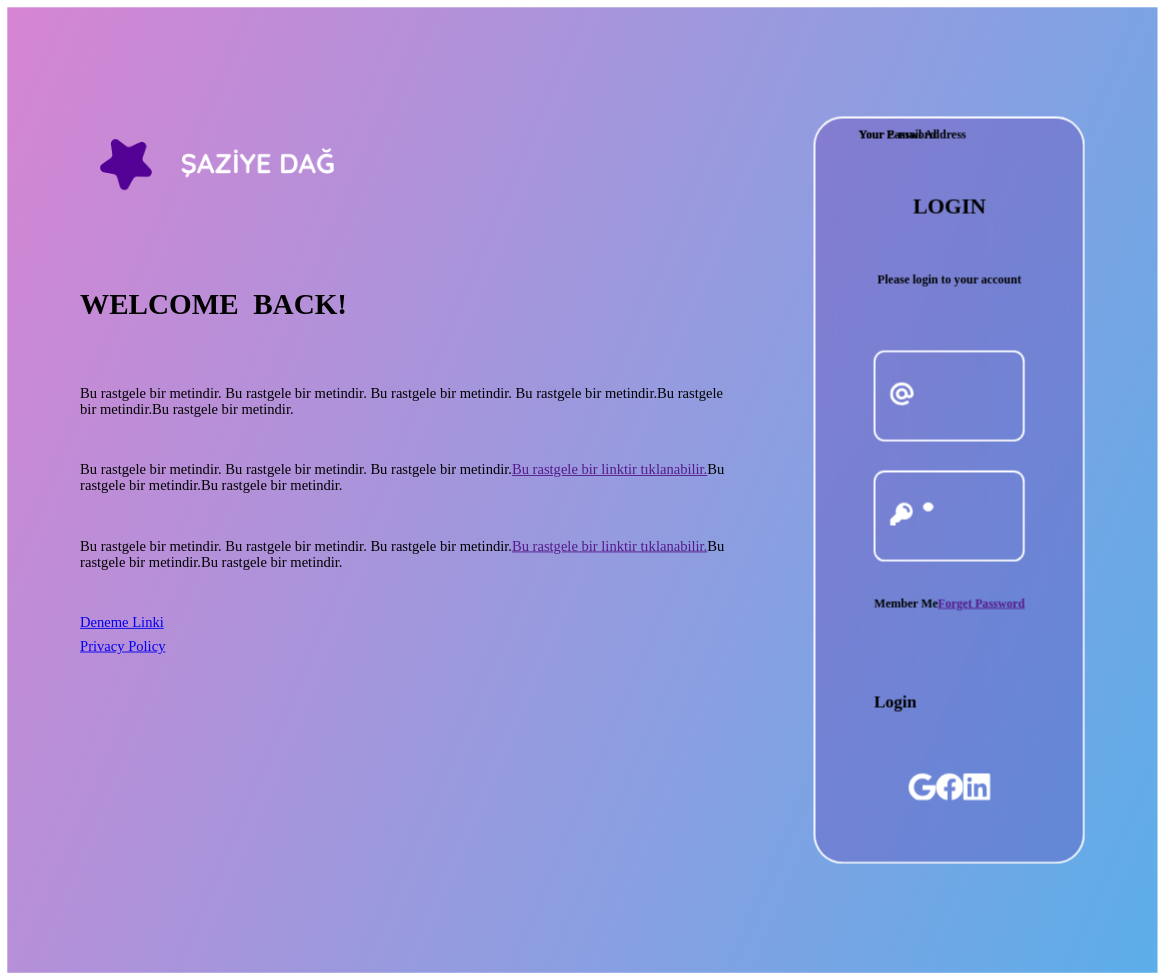
Repository: szydag/login
Page: /
The author's editor kept a copy of each file at every save. The page is drawn from the files as they stood at one save, then again after the next save.
The browser window is 1280 px wide. The pictures show the whole page, at 91% of full size.
The project was rebuilt for these pictures with package versions that can differ from the ones it lists, and the page was loaded fresh each time. Also part of the build but not shown: src/assets/svgr/unhiddenIcon/index.js.

Above is the page before, as saved 2023-10-22 20:02:51.

### src/index.js
import React from 'react';
import ReactDOM from 'react-dom/client';
import App from './app/index';
import {
    BrowserRouter
} from "react-router-dom";

const root = ReactDOM.createRoot(document.getElementById('root'));
root.render(
    <BrowserRouter>
        <App />
    </BrowserRouter>
);

### src/app/index.js
import LoginPage from "./pages/login";
import useStyles from "./style";

const App = () => {
    useStyles();
    return <div>
        <LoginPage />
    </div>

};

export default App;

### src/app/pages/login/index.js
import React, { useEffect } from 'react'
import useStyles from './style';
import logo from './../../../assets/logo.png'
import MailIcon from './../../../assets/svgr/mailIcon/index.js'
import PasswordIcon from './../../../assets/svgr/passwordIcon/index.js'
import HiddenIcon from './../../../assets/svgr/hiddenIcon/index.js'
import UnhiddenIcon from './../../../assets/svgr/unhiddenIcon/index.js'
import GoogleIcon from './../../../assets/svgr/googleIcon/index.js'
import FacebookIcon from './../../../assets/svgr/facebookIcon/index.js'
import LinkedInIcon from './../../../assets/svgr/linkedInIcon/index.js'
const LoginPage = () => {

    const classes = useStyles();
    return <div
        className={classes.loginPage}
    >
        <div
            className={classes.promotionTexts}
        >
            <div
                className={classes.logo}
            >
                <img
                    src={logo}
                    alt=""
                />
            </div>
            <div
                className={classes.mainContent}
            >
                <div
                    className={classes.title}
                >
                    <h1>WELCOME</h1>
                    <h1>BACK!</h1>
                </div>
                <div
                    className={classes.contentText}
                >
                    <p>
                        Bu rastgele bir metindir. Bu rastgele bir metindir. Bu rastgele bir metindir. Bu rastgele bir metindir.Bu rastgele bir metindir.Bu rastgele bir metindir.
                    </p>
                    <p>
                        Bu rastgele bir metindir. Bu rastgele bir metindir. Bu rastgele bir metindir.
                        <a
                            href=""
                        >
                            Bu rastgele bir linktir tıklanabilir.
                        </a>
                        Bu rastgele bir metindir.Bu rastgele bir metindir.
                    </p>
                    <p>
                        Bu rastgele bir metindir. Bu rastgele bir metindir. Bu rastgele bir metindir.
                        <a
                            href=""
                        >
                            Bu rastgele bir linktir tıklanabilir.
                        </a>
                        Bu rastgele bir metindir.Bu rastgele bir metindir.
                    </p>
                </div>
                <div
                    className={classes.links}
                >
                    <a
                        href="

                    ">
                        Deneme Linki
                    </a>
                    <a
                        href="

                    ">
                        Privacy Policy
                    </a>
                </div>

            </div>
        </div>
        <div
            className={classes.loginArea}
        >
            <div
                className={classes.header}
            >
                <h2>LOGIN</h2>
                <h5>Please login to your account</h5>
            </div>
            <div
                className={classes.container}
            >
                <div
                    className={classes.loginMainContent}
                >
                    <div
                        className={classes.inputArea}
                    >
                        <div
                            className={classes.mailInput}
                        >
                            <div
                                className={classes.content}
                            >
                                <MailIcon
                                    color='#ffffff'
                                    size={30}
                                ></MailIcon>

                            </div>
                            <div
                                className={classes.inputTitle}
                            >
                                <h5>Your E-mail  Address</h5>
                            </div>
                        </div>
                        <div
                            className={classes.passwordInput}
                        >
                            <div
                                className={classes.content}
                            >
                                <PasswordIcon
                                    color='#ffffff'
                                    size={30}
                                >
                                </PasswordIcon>
                                <HiddenIcon
                                    color='#ffffff'
                                    size={30}
                                >

                                </HiddenIcon>
                            </div>
                            <div
                                className={classes.inputTitle}
                            >
                                <h5>Your Password</h5>
                            </div>

                        </div>
                    </div>
                    <div
                        className={classes.passwordSettingsArea}
                    >
                        <div
                            className={classes.memberMeArea}
                        >
                            <h5>Member Me</h5>
                        </div>
                        <h5>
                            <a href="">
                                Forget Password
                            </a>
                        </h5>
                    </div>
                </div>
                <div
                    className={classes.loginButton}
                >
                    <h3>Login</h3>
                </div>
            </div>
            <div
                className={classes.accountSettings}
            >
                <div
                    className={classes.accountSettingsTitle}
                >

                </div>
                <div
                    className={classes.socialMediaIcons}
                >
                    <GoogleIcon
                        color='#ffffff'
                        size={30}
                    >
                    </GoogleIcon>
                    <FacebookIcon
                        color='#ffffff'
                        size={30}
                    >
                    </FacebookIcon>
                    <LinkedInIcon
                        color='#ffffff'
                        size={30}
                    >
                    </LinkedInIcon>
                </div>
                <div
                    className={classes.newAccountArea}
                >

                </div>
            </div>
        </div>
    </div>
}

export default LoginPage;

### src/app/style.js
import { createUseStyles } from "react-jss";

const useStyles = createUseStyles({
    loginPage: {
    },
})
export default useStyles;

### src/app/pages/login/style.js

import { createUseStyles } from "react-jss";

const useStyles = createUseStyles({
    loginPage: {
        display: 'flex',
        padding: '120px 80px',
        alignItems: 'flex-start',
        gap: '80px',
        background: 'linear-gradient(113deg, #B9A675 0%, #D685D3 0%, #5CAEE9 100%)',
    },
    promotionTexts: {
        display: 'flex',
        flexDirection: 'column',
        alignItems: 'flex-start',
        gap: '64px',
        flex: '1 0 0',
        alignSelf: 'stretch',
    },
    logo: {
        display: 'flex',
        alignItems: 'center',
        gap: '8px',
    },
    mainContent: {
        display: 'flex',
        flexDirection: 'column',
        justifyContent: ' center',
        alignItems: 'flex-start',
        gap: '32px',
        alignSelf: 'stretch',
    },
    title: {
        display: 'flex',
        alignItems: 'flex-start',
        gap: '16px',
    },
    contentText: {
        display: 'flex',
        flexDirection: 'column',
        alignItems: 'flex - start',
        gap: '16px',
        alignSelf: 'stretch',
    },
    links: {
        display: 'flex',
        flexDirection: 'column',
        alignItems: 'flex-start',
        gap: '8px',
    },
    loginArea: {
        display: 'flex',
        padding: '64px',
        flexDirection: 'column',
        justifyContent: 'center',
        alignItems: 'center',
        gap: '48px',
        alignSelf: 'stretch',
        borderRadius: '32px',
        border: '2px solid #FFF',
        background: 'rgba(83, 0, 148, 0.20)',
        backdropFilter: 'blur(45px)',
    },
    header: {
        display: 'flex',
        flexDirection: 'column',
        alignItems: 'center',
        gap: '16px',
    },
    container: {
        display: 'flex',
        flexDirection: 'column',
        alignItems: 'flex-start',
        gap: '48px',
        alignSelf: 'stretch',
    },
    loginMainContent: {
        display: 'flex',
        flexDirection: 'column',
        justifyContent: 'center',
        alignItems: 'center',
        gap: '16px',
        alignSelf: 'stretch',
    },
    inputArea: {
        display: 'flex',
        flexDirection: 'column',
        alignItems: 'flex-start',
        gap: '32px',
        alignSelf: 'stretch',
    },
    mailInput: {
        display: 'flex',
        height: '64px',
        padding: '16px',
        flexDirection: 'column',
        justifyContent: 'center',
        alignItems: 'flex-start',
        gap: '437px',
        alignSelf: 'stretch',
        borderRadius: '12px',
        border: '2px solid #FFF',
    },
    content: {
        display: 'flex',
        justifyContent: 'center',
        alignItems: 'center',
        gap: '6px',
    },
    inputTitle: {
        display: 'flex',
        padding: '0px 10px',
        alignItems: 'center',
        gap: '10px',
        position: 'absolute',
        left: '37px',
        top: '-12px',
    },
    passwordInput: {
        display: 'flex',
        height: '64px',
        padding: '16px',
        justifyContent: 'space-between',
        alignItems: 'center',
        alignSelf: 'stretch',
        borderRadius: '12px',
        border: '2px solid #FFF',
    },
    passwordSettingsArea: {
        display: 'flex',
        justifyContent: 'space-between',
        alignItems: 'flex-start',
        alignSelf: 'stretch',
    },
    memberMeArea: {
        display: 'flex',
        alignItems: 'center',
        gap: '16px',
    },
    loginButton: {
    },
    accountSettings: {
    },
    accountSettingsTitle: {
    },
    socialMediaIcons: {
    },
    newAccountArea: {
    },
})
export default useStyles;

### src/assets/svgr/mailIcon/index.js
import * as React from "react"
const MailIcon = ({
    color = "#ffffff",
    size = 30,
    ...props
}) => {
    const pathScale = 30 / size;
    return <svg
        xmlns="http://www.w3.org/2000/svg"
        width={size}
        height={size}
        fill="none"
        {...props}
    >
        <path
            fill={color}
            transform={`scale(${1 / 1})`}
            d="M19.894 6.125c-3.807-3.661-9.98-3.661-13.788 0s-3.808 9.597 0 13.258c3.31 3.183 8.41 3.6 12.187 1.248.753-.47 1.759-.263 2.247.461.488.725.273 1.692-.48 2.161-5.038 3.138-11.837 2.586-16.252-1.66-5.077-4.881-5.077-12.796 0-17.678 5.076-4.881 13.308-4.881 18.384 0C24.73 6.355 26 9.558 26 12.755c0 2.588-2.183 4.687-4.875 4.687a4.982 4.982 0 0 1-2.925-.937c-1.186 1.517-3.074 2.5-5.2 2.5-3.59 0-6.5-2.799-6.5-6.25 0-3.453 2.91-6.25 6.5-6.25s6.5 2.797 6.5 6.25c0 .862.727 1.562 1.625 1.562s1.625-.7 1.625-1.563c0-2.402-.952-4.798-2.856-6.629Zm-3.644 6.63c0-1.727-1.455-3.126-3.25-3.126s-3.25 1.4-3.25 3.125c0 1.726 1.455 3.125 3.25 3.125s3.25-1.399 3.25-3.125Z"
        />
    </svg>
}
export default MailIcon

### src/assets/svgr/passwordIcon/index.js
import * as React from "react"
const PasswordIcon = ({
    color = "#ffffff",
    size = 30,
    ...props
}) => {
    const pathScale = 30 / size;
    return <svg
        xmlns="http://www.w3.org/2000/svg"
        width={size}
        height={size}
        fill="none"
        {...props}
    >
        <path
            fill={color}
            transform={`scale(${1 / 1})`}
            d="M25 9.63a9.375 9.375 0 0 1-12.098 8.972L9.375 22.13H6.25v3.125H0v-6.25l6.652-6.652A9.375 9.375 0 1 1 25 9.63Zm-9.375-6.25a1.563 1.563 0 0 0 0 3.124c1.726 0 3.125 1.4 3.125 3.125a1.563 1.563 0 0 0 3.125 0 6.25 6.25 0 0 0-6.25-6.25Z"
        />
    </svg>
}
export default PasswordIcon

### src/assets/svgr/hiddenIcon/index.js
import * as React from "react"
const HiddenIcon = ({
    color = "#ffffff",
    size = 30,
    ...props
}) => {
    const pathScale = 30 / size;
    return <svg
        xmlns="http://www.w3.org/2000/svg"
        width={size}
        height={size}
        fill="none"
        {...props}
    >
        <path
            fill={color}
            transform={`scale(${1 / 1})`}
            d="M0 5.03C.801 2.115 3.185 0 6 0s5.199 2.115 6 5.03c-.801 2.915-3.185 5.03-6 5.03S.801 7.945 0 5.03Zm8.515 0C8.515 6.617 7.39 7.904 6 7.904c-1.39 0-2.515-1.287-2.515-2.874C3.485 3.443 4.61 2.156 6 2.156c1.39 0 2.515 1.287 2.515 2.874Z"
        />
    </svg>
}
export default HiddenIcon

### src/assets/svgr/googleIcon/index.js
import * as React from "react"
const GoogleIcon = ({
    color = "#ffffff",
    size = 30,
    ...props
}) => {
    const pathScale = 30 / size;
    return <svg
        xmlns="http://www.w3.org/2000/svg"
        width={size}
        height={size}
        fill="none"
        {...props}
    >
        <path
            fill={color}
            transform={`scale(${1 / 1})`}
            d="M30.5 16.357c0 8.698-5.957 14.889-14.754 14.889A15.228 15.228 0 0 1 .5 16 15.228 15.228 0 0 1 15.746.754c4.106 0 7.561 1.506 10.223 3.99l-4.15 3.99C16.392 3.496 6.298 7.43 6.298 16c0 5.318 4.248 9.627 9.449 9.627 6.037 0 8.3-4.328 8.656-6.572h-8.656v-5.243H30.26c.142.78.24 1.53.24 2.545Z"
        />
    </svg>
}
export default GoogleIcon

### src/assets/svgr/facebookIcon/index.js
import * as React from "react"
const FacebookIcon = ({
    color = "#ffffff",
    size = 30,
    ...props
}) => {
    const pathScale = 30 / size;
    return <svg
        xmlns="http://www.w3.org/2000/svg"
        width={size}
        height={size}
        fill="none"
        {...props}
    >
        <path
            fill={color}
            transform={`scale(${1 / 1})`}
            d="M30.5 15.754c0-8.286-6.714-15-15-15s-15 6.714-15 15c0 7.487 5.485 13.692 12.656 14.819V20.09h-3.81v-4.336h3.81V12.45c0-3.759 2.238-5.835 5.666-5.835 1.641 0 3.358.293 3.358.293v3.689h-1.892c-1.863 0-2.444 1.156-2.444 2.343v2.815h4.16l-.666 4.336h-3.494v10.483C25.014 29.446 30.5 23.24 30.5 15.754Z"
        />
    </svg>
}
export default FacebookIcon

### src/assets/svgr/linkedInIcon/index.js
import * as React from "react"
const LinkedInIcon = ({
    color = "#ffffff",
    size = 30,
    ...props
}) => {
    const pathScale = 30 / size;
    return <svg
        xmlns="http://www.w3.org/2000/svg"
        width={size}
        height={size}
        fill="none"
        {...props}
    >
        <path
            fill={color}
            transform={`scale(${1 / 1})`}
            d="M28.357.754H2.637C1.456.754.5 1.725.5 2.917v25.674c0 1.192.958 2.163 2.136 2.163h25.721c1.179 0 2.143-.97 2.143-2.163V2.917c0-1.192-.964-2.163-2.143-2.163ZM9.567 26.468H5.121V12.151h4.453v14.317h-.007ZM7.344 10.196a2.58 2.58 0 0 1 0-5.156 2.584 2.584 0 0 1 2.578 2.578 2.575 2.575 0 0 1-2.578 2.578Zm18.89 16.272h-4.446v-6.964c0-1.66-.034-3.797-2.31-3.797-2.317 0-2.672 1.808-2.672 3.677v7.084h-4.447V12.151h4.266v1.956h.06c.596-1.125 2.05-2.31 4.212-2.31 4.5 0 5.337 2.966 5.337 6.823v7.848Z"
        />
    </svg>
}
export default LinkedInIcon

Loaded but not shown: public/index.html (common file)

After the next save:
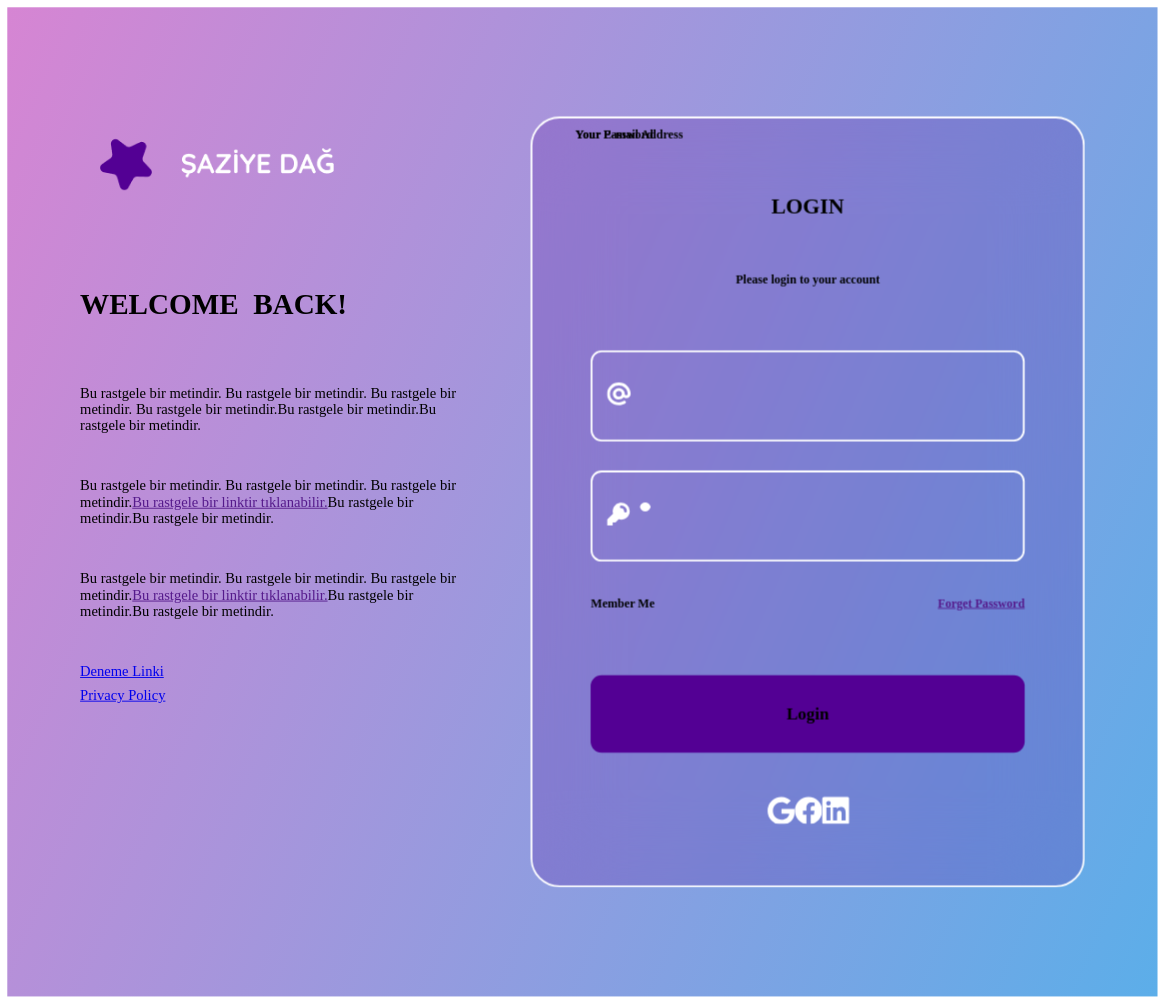
Saved 68 s later.
--- a/src/app/pages/login/style.js
+++ b/src/app/pages/login/style.js
@@ -138,6 +138,14 @@ const useStyles = createUseStyles({
         gap: '16px',
     },
     loginButton: {
+        display: 'flex',
+        padding: '13px 215px',
+        justifyContent: 'center',
+        alignItems: 'center',
+        gap: '10px',
+        alignSelf: 'stretch',
+        borderRadius: '12px',
+        background: '#530094',
     },
     accountSettings: {
     },
